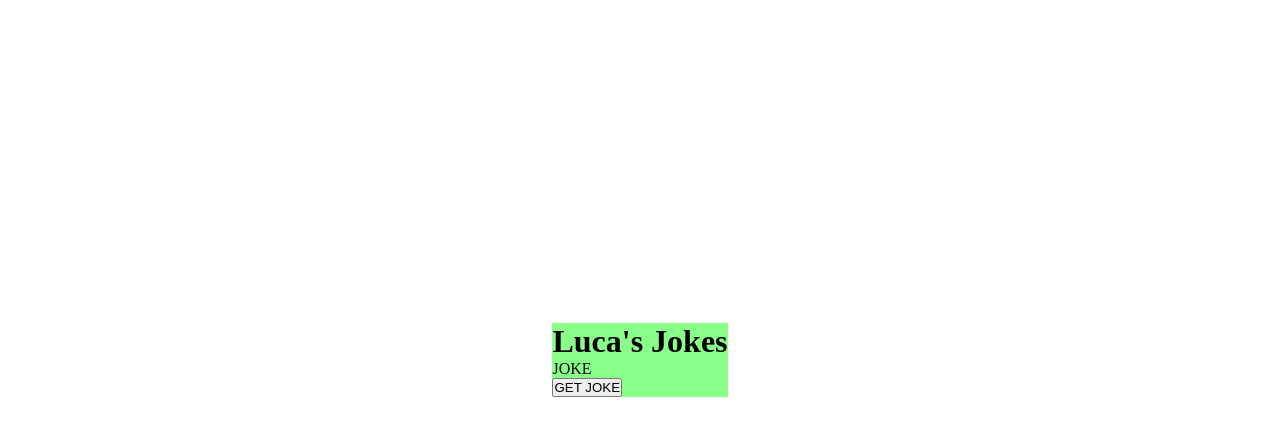
Repository: SerbanLuca/ChuckNorrisJokes-app
Page: /
These files come from the project's save history. The page is drawn as it stood at one moment and after a run of saves; the edit follows.
The browser window is 1280 px wide. The pictures show the whole page.
The project was rebuilt for these pictures with package versions that can differ from the ones it lists, and the page was loaded fresh each time.

Above is the page before, as saved 2021-04-07 13:46:19.

### src/App.js
import './App.css';
import React, {useState, useEffect} from 'react';

const API_KEY = `https://api.chucknorris.io/jokes/random`;

function App() {

  return (
    <>
      <div className="container">
        <h1>Luca's Jokes</h1>
        <p>JOKE</p>
        <button className="button">GET JOKE</button>
      </div>
    </>
  );
}

export default App;

### src/App.css
*
{
  box-sizing:border-box;
  padding: 0;
  margin: 0;
}

#root
{
  display: flex;
  justify-content: center;
  align-items: center;
  min-height: 100vh;

}

.container
{
  background-color: rgb(137, 255, 137);
}

body
{
  background-
}

Loaded but not shown: public/index.html (common file); src/index.js (common file)

After the next 2 saves:
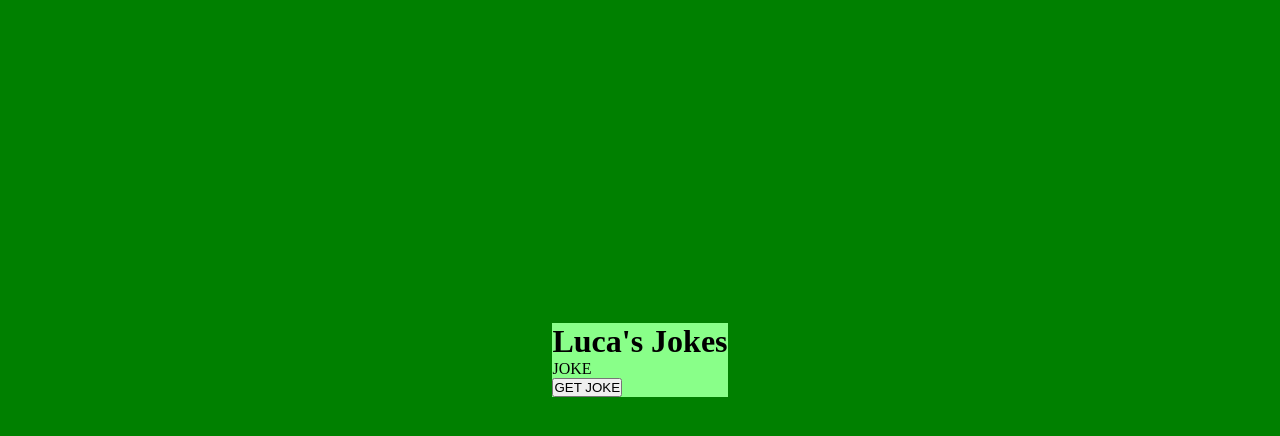
The 2 saves are shown as one change because they came seconds apart.
The last was saved 8 s later.
--- a/src/App.css
+++ b/src/App.css
@@ -21,5 +21,5 @@
 
 body
 {
-  background-
+  background-color: green;
 }
